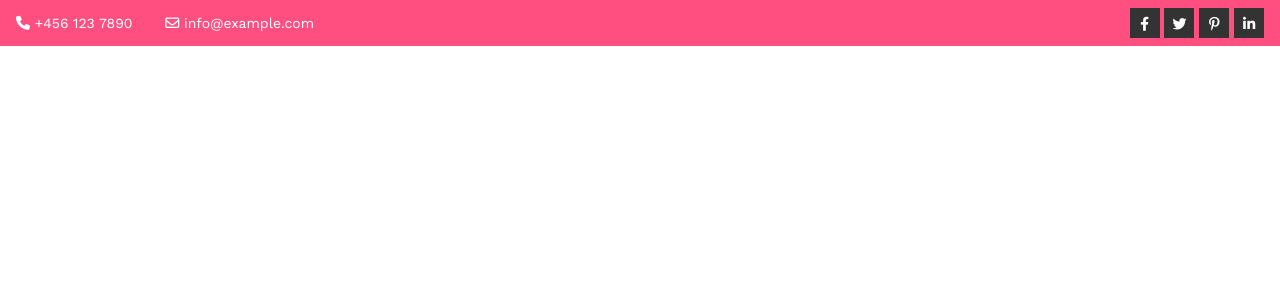
Repository: nguyenbinhminh/instruction_clone
Page: index.html
The author's editor kept a copy of each file at every save. The page is drawn from the files as they stood at one save, then again after the next save.
The browser window is 1280 px wide. The pictures show the whole page.

Above is the page before, as saved 2021-09-29 22:23:48.

### index.html
<!DOCTYPE html>
<html lang="en">
	<head>
		<meta charset="UTF-8" />
		<meta http-equiv="X-UA-Compatible" content="IE=edge" />
		<meta name="viewport" content="width=device-width, initial-scale=1.0" />
		<title>Instruction</title>

		<!-- FONT GOOGLE -->
		<link rel="preconnect" href="https://fonts.googleapis.com" />
		<link rel="preconnect" href="https://fonts.gstatic.com" crossorigin />
		<link
			href="https://fonts.googleapis.com/css2?family=Work+Sans:ital,wght@0,100;0,200;0,300;0,400;0,500;0,600;0,700;0,800;0,900;1,100;1,200;1,300;1,400;1,500;1,600;1,700;1,800;1,900&display=swap"
			rel="stylesheet"
		/>

		<!-- FONT AWESOME -->
		<link
			rel="stylesheet"
			href="https://cdnjs.cloudflare.com/ajax/libs/font-awesome/6.0.0-beta2/css/all.min.css"
			integrity="sha512-YWzhKL2whUzgiheMoBFwW8CKV4qpHQAEuvilg9FAn5VJUDwKZZxkJNuGM4XkWuk94WCrrwslk8yWNGmY1EduTA=="
			crossorigin="anonymous"
			referrerpolicy="no-referrer"
		/>

		<!-- BOOTTRAP -->
		<link rel="stylesheet" href="./css/bootstrap.min.css" />

		<!-- MAIN CSS -->
		<link rel="stylesheet" href="./css/index.css" />
	</head>
	<body>
		<!-- HEADER -->
		<header>
			<div class="header__top d-flex justify-content-between align-items-center container-fluid">
				<div class="header__left">
					<a href="tel:+456 123 7890" class="text-white text-decoration-none">
						<i class="fas fa-phone"></i>
						<span>+456 123 7890</span>
					</a>
					<a href="mailto:info@example.com" class="text-white text-decoration-none">
						<i class="far fa-envelope"></i>
						<span>info@example.com</span>
					</a>
				</div>
				<div class="header__right">
					<a href="#">
						<i class="fab fa-facebook-f"></i>
					</a>
					<a href="#">
						<i class="fab fa-twitter"></i>
					</a>
					<a href="#">
						<i class="fab fa-pinterest-p"></i>
					</a>
					<a href="#">
						<i class="fab fa-linkedin-in"></i>
					</a>
				</div>
			</div>
		</header>
		<!-- CAROUSEL -->
		<section class="instruction-carousel"></section>
		<!-- WELCOM -->
		<section class="welcome"></section>
		<!-- OUR STATS -->
		<section class="stats"></section>
		<!-- OFFER -->
		<section class="offer"></section>
		<!-- Testimonials -->
		<section class="testimonials"></section>
		<!-- NEWS -->
		<section class="news"></section>
		<!-- FOOTER -->
		<footer></footer>

		<!-- jQuery -->
		<script src="./js/jquery-3.6.0.min.js"></script>
		<!-- BOOTSTRAP -->
		<script src="./js/bootstrap.bundle.min.js"></script>
	</body>
</html>

### css/index.css
html {
	box-sizing: border-box;
	font-size: 62.5%;
}
body {
	font-size: 1.6rem;
	font-family: "Work Sans", sans-serif;
	font-weight: normal;
}
/* HEADER */
.header__top {
	background-color: #ff4f81;
	padding: 0.8rem 1.6rem;
	font-size: 1.4rem;
}
.header__left a {
	margin-right: 2.8rem;
}
.header__left a:hover {
	color: #00a98f;
}
.header__right a {
	display: inline-block;
	color: white;
	background-color: #333;
	width: 3rem;
	height: 3rem;
	border: 1px solid #333;
	text-align: center;
	line-height: 3rem;
	transition: all 0.5s;
}
.header__right a:hover {
	background-color: transparent;
	border: 1px solid white;
}

Loaded but not shown: css/bootstrap.min.css (library); js/jquery-3.6.0.min.js (library); js/bootstrap.bundle.min.js (library)

After the next save:
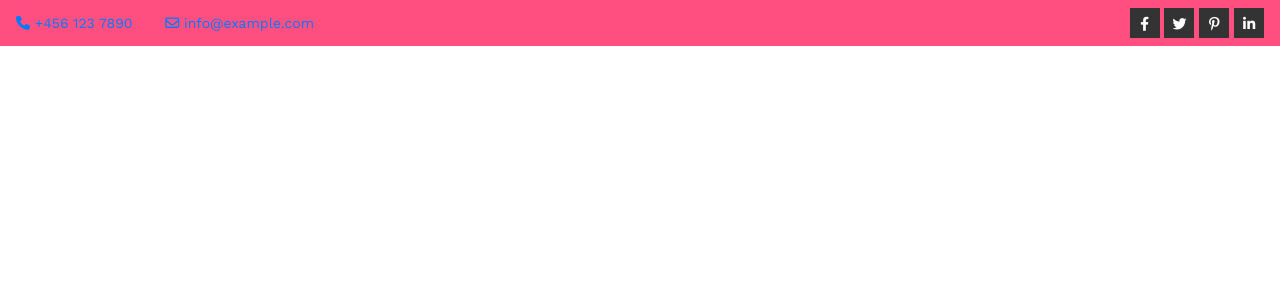
Saved 49 s later.
--- a/index.html
+++ b/index.html
@@ -34,11 +34,11 @@
 		<header>
 			<div class="header__top d-flex justify-content-between align-items-center container-fluid">
 				<div class="header__left">
-					<a href="tel:+456 123 7890" class="text-white text-decoration-none">
+					<a href="tel:+456 123 7890">
 						<i class="fas fa-phone"></i>
 						<span>+456 123 7890</span>
 					</a>
-					<a href="mailto:info@example.com" class="text-white text-decoration-none">
+					<a href="mailto:info@example.com">
 						<i class="far fa-envelope"></i>
 						<span>info@example.com</span>
 					</a>

After the save that followed:
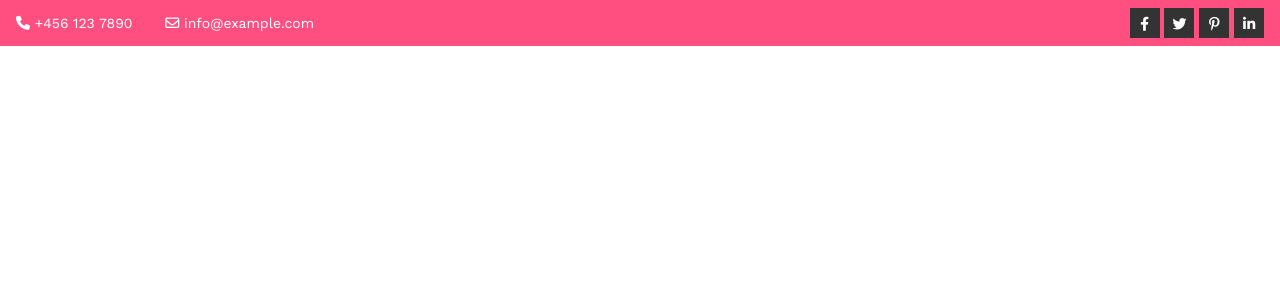
Saved 13 s later.
--- a/css/index.css
+++ b/css/index.css
@@ -15,6 +15,8 @@
 }
 .header__left a {
 	margin-right: 2.8rem;
+	color: white;
+	text-decoration: none;
 }
 .header__left a:hover {
 	color: #00a98f;
